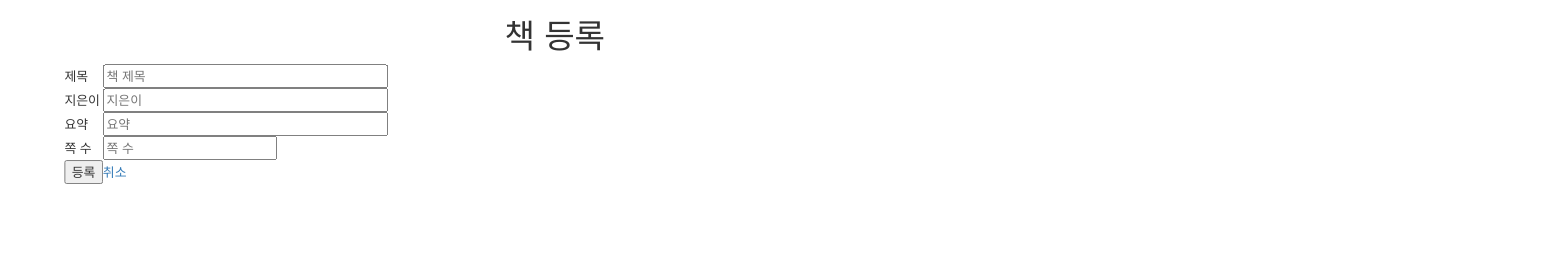
Repository: newzinee/SKDidimdolSpring
Page: http://localhost/AZBookPrj/insertBook.jsp
An editor plug-in stored every save of this project. The page is shown before and after the next save, followed by the edit.
The browser window is 1280 px wide. The page is 1703 px wide, so the pictures cover 1703 px, including what lies to the right of the window. The pictures show the whole page, at 92% of full size.
The page is served by Tomcat 9. Nobody is signed in. The application's start-up code is not run.

Above is the page before, as saved 2017-02-12 14:07:29.
Console error (its wording comes from the project's code and is left out).

After the next save:
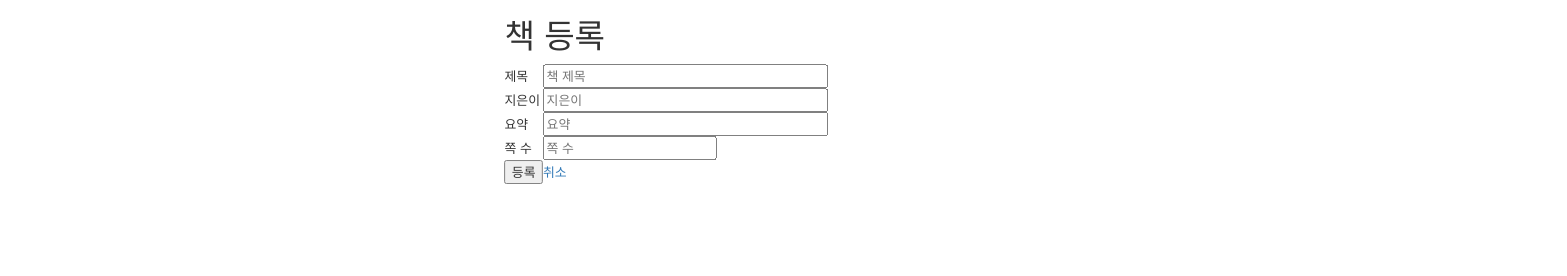
Saved 5 s later.
--- a/AZBookPrj/WebContent/insertBook.jsp
+++ b/AZBookPrj/WebContent/insertBook.jsp
@@ -19,7 +19,7 @@
 	<div class="container col-md-offset-5">
 		<h1>책 등록</h1>
 	</div>
-	<div class="container">
+	<div class="container col-md-offset-5">
 		<form method="POST" action="insertBook.do">
 			<table>
 				<tr>
